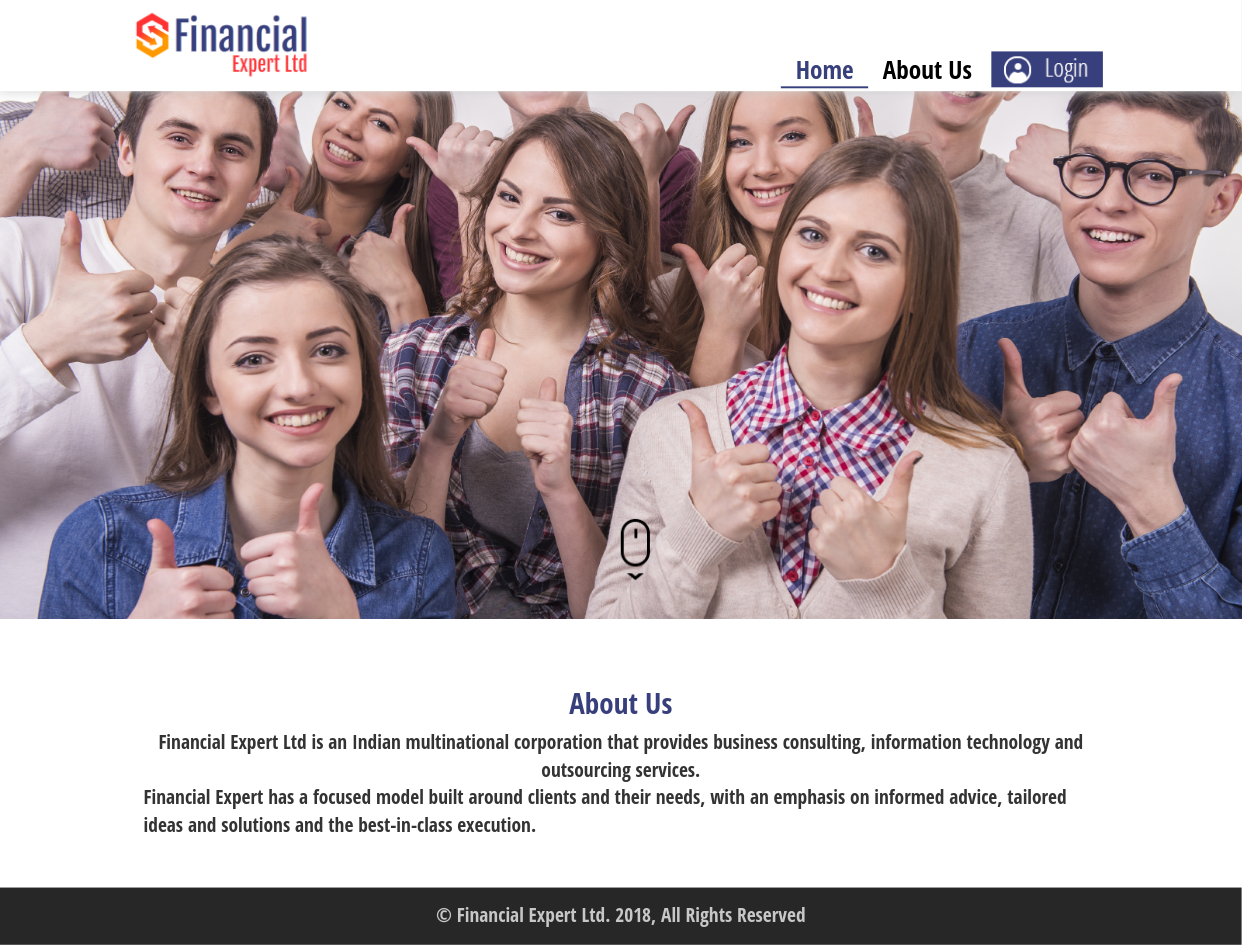
Repository: intkhabahmed/AcceleratedBootcampWebsites
Page: http://localhost/FinancialExpert/UI/index.jsp
These files come from the project's save history. The page is drawn as it stood at one moment and after a run of saves; the edit follows.
The browser window is 1280 px wide. The pictures show the whole page, at 97% of full size.
Some web fonts or font styles are not loaded; a fallback is used. The page is served by Tomcat 9. Nobody is signed in. The application's start-up code is not run. Other server files are loaded and not shown.

Above is the page before, as saved 2018-02-13 08:13:17.

### FinancialExpert/WebContent/UI/index.jsp
<%@ page language="java" contentType="text/html; charset=ISO-8859-1"
	pageEncoding="ISO-8859-1"%>
<%@taglib uri="http://java.sun.com/jsp/jstl/core" prefix="c"%>
<!DOCTYPE html>
<html>
<head>
<title>Financial Expert Ltd.</title>
<meta http-equiv="Content-Type" content="text/html; charset=ISO-8859-1">
<meta name="viewport" content="width=device-width, initial-scale=1.0">
<link rel="stylesheet" type="text/css" href="css/bootstrap.min.css">
<link rel="stylesheet" type="text/css" href="css/font-awesome.min.css">
<link rel="stylesheet" type="text/css" href="css/custom.css">
<link
	href='https://fonts.googleapis.com/css?family=Open Sans Condensed:300'
	rel='stylesheet'>
</head>
<body id="home">

	<jsp:include page="header.jsp"></jsp:include>


	<!-- <div class="row"> -->
	<div id="carousel-example-generic" class="carousel slide"
		data-ride="carousel">
		<!-- Indicators -->
		<img src="images/downarrow.png" alt="DownArrow" id="downarrow" />
		<!-- Wrapper for slides -->
		<div class="carousel-inner" role="listbox">
			<div class="item active">
				<img src="images/banner.png" alt="">
			</div>
		</div>

	</div>
	<!--end carousel-->

	<!-- </div> -->
	<div class="container">
		<hr>
		<div class="row">
			<div id="aboutus">
				<h2 align="center">About Us</h2>
				<p align="center">Financial Expert Ltd is an Indian
					multinational corporation that provides business consulting,
					information technology and outsourcing services.</p>
				<p>Financial Expert has a focused model built around clients and
					their needs, with an emphasis on informed advice, tailored ideas
					and solutions and the best-in-class execution.</p>
			</div>
			<!--end aboutus-->
		</div>
		<hr>
	</div>
	<!--end container-->
	<div id="footer">
		<footer>
			<p align="center">&copy; Financial Expert Ltd. 2018, All Rights
				Reserved</p>
		</footer>
	</div>
	<div class="overlay" title="click to close"></div>
	<div id="loginWindow">
		<h2 align="center">Login Form</h2>
		<form class="form-vertical" method="post" action="login.html"
			id="login_form">
			<div class="form-group">
				<input type="text" name="username" required="required"
					class="form-control" placeholder="Enter UserName" /> <input
					type="password" name="password" required="required"
					class="form-control" placeholder="Enter Password" />

			</div>
			<div class="form-group">
				<h4 id="forgotPass">
					<a href="#" class="pull-left">Forgot Password?</a>
				</h4>
				<input type="submit" name="login_btn" id="login_btn" value="Login"
					class="pull-right btn btn-default" />
			</div>
		</form>
	</div>
	<div id="queryWindow">
		<h2 align="center">Query Form</h2>
		<form class="form-vertical" method="post" action="askQuery.html"
			id="query_form">
			<div class="form-group">
				<label class="form-label" for="receiver">Choose Company</label> <br>
				<input type="radio" name="receiver" required="required"
					value="BeneesFradia" /> BeneesFradia &nbsp;&nbsp; <input
					type="radio" name="receiver" value="QuickgunHeadley" />
				QuickgunHeadley <br>
			</div>
			<div class="form-group">
				<textarea rows="4" class="form-control"
					placeholder="Enter the query" name="query"></textarea>
				<input type="submit" name="querySubmit_btn" id="querySubmit_btn"
					value="Send" class="form-control btn btn-default" />
			</div>
		</form>
	</div>

	<div id="uploadWindow">
		<h2 align="center">Upload Proposal</h2>
		<form class="form-vertical" method="post" action="#" id="upload_form"
			enctype="multipart/form-data">
			<div class="form-group">
				<label class="form-label" for="receiver">Choose Company</label> <br>
				<input type="radio" name="receiver" required="required"
					value="BeneesFradia" /> BeneesFradia &nbsp;&nbsp; <input
					type="radio" name="receiver" value="QuickgunHeadley" />
				QuickgunHeadley <br>
			</div>
			<div class="form-group">
				<input type="file" name="propsalFile" id="fileInput"
					required="required" class="pull-left" /> <input type="submit"
					name="propsalSubmit_btn" value="Upload"
					class="btn btn-default pull-right" id="proposalSubmit_btn" />
			</div>
		</form>
	</div>

	<script type="text/javascript" src="js/jquery-3.1.0.min.js"></script>
	<script type="text/javascript" src="js/bootstrap.min.js"></script>
	<script type="text/javascript" src="js/custom.js"></script>
	<c:if test="${errorMessage ne null}">
		<%-- 	<div class="alert alert-danger" role="alert" >"${errorMessage}"</div> --%>
		<script>
			alert("${errorMessage}");
			showLoginPage();
		</script>
	</c:if>
	<c:if test="${successMessage ne null}">
		<%-- 	<div class="alert alert-success" role="alert">"${successMessage}"</div> --%>
		<script>
			alert("${successMessage}");
			window.location = "index.html";
		</script>
	</c:if>
</body>
</html>

### FinancialExpert/WebContent/UI/header.jsp
<%@ page language="java" contentType="text/html; charset=ISO-8859-1"
    pageEncoding="ISO-8859-1"%>
<%@taglib uri="http://java.sun.com/jsp/jstl/core" prefix="c" %>
<nav class="navbar navbar-custom navbar-custom-fitting">
	  <div class="container">
	    <!-- Brand and toggle get grouped for better mobile display -->
	    <div class="navbar-header">
	      <button type="button" class="navbar-toggle collapsed" data-toggle="collapse" data-target="#bs-example-navbar-collapse-1" aria-expanded="false">
	        <span class="sr-only">Toggle navigation</span>
	        <span class="icon-bar"></span>
	        <span class="icon-bar"></span>
	        <span class="icon-bar"></span>
	      </button>
	      <a class="navbar-brand" href="index.html"><img src="images/team1logo.png" alt="Financial Expert"></a>
	    </div>

	    <!-- Collect the nav links, forms, and other content for toggling -->
	    <div class="collapse navbar-collapse" id="bs-example-navbar-collapse-1">
	      <ul class="nav navbar-nav navbar-right" id="main-nav">
	        <li class="active"><a href="#home">Home <span class="sr-only">(current)</span></a></li>
	        <li><a href="#aboutus">About Us</a></li>
	        <c:if test="${sessionScope.user.username eq null}">
	        <li id="login_button" onclick="showLoginPage()"><img src="images/loginbtn.png" class="img img-responsive"/></li>
	      	</c:if>
	      	<c:if test="${sessionScope.user.username ne null}">
	      	<li id="uploadForm"><a href="#">Upload Proposal</a></li>
	      	<li id="raiseQuery_btn"><a href="#">Support</a></li>
	        <li class="dropdown">
	          <a href="#" class="dropdown-toggle" data-toggle="dropdown" role="button" aria-haspopup="true" aria-expanded="false">${sessionScope.user.teamName } <span class="fa fa-angle-down"></span></a>
	          <ul class="dropdown-menu">
	            <li><a href="showProfile.html">Dashboard</a></li>
	            <li><a href="logout.html">Logout</a></li>
	          </ul>
	        </li>
	        </c:if>
	      </ul>
	    </div><!-- /.navbar-collapse -->
	  </div><!-- /.container-fluid -->
	</nav>

### FinancialExpert/WebContent/css/custom.css
/****************************Common CSS**************************/

.padding-10x{
	padding: 10px;
}
.padding-5x{
	padding: 5px;
}
.padding-20x{
	padding: 20px;
}

.center{
	display: block;
	margin: 0 auto;
}
.no-margin {
	margin: 0;
}
.error {
	color: red;
}
.success {
	color: #5cb85c;
}
#errorBlock{
	position: absolute;
	top: 15%;
	width: 100%;
}
body {
	font-family: Open Sans Condensed !important;
	font-size: 20px !important;
}
.dropdown-menu {
	font-size: 18px;
    background-color: #000;
    opacity: 0.7;
    border: 1px solid #ccc;
    border: 1px solid rgba(0,0,0,.15);
    border-radius: 0px;
    top: 110%;
}
.dropdown-menu li a{
	color: #ffffff;
}
.dropdown-menu li a:hover {
	color: #8080ff;
	background: #000000;
	opacity: 1;
}
.dropdown> a{
	max-height: 36px;
}

input, button, .form-control, .btn {
	border-radius: 0px !important;
}

input[type=submit]:hover, .btn:hover {
	color: #333333;
}
p {
    margin: 0 10px;
}
/***********************Index Page*********************************/
hr {
	border-top: none;
}
#home {
	padding-top: 94px;
}
#formContainer {
	border-radius: 15px;
	padding: 10px;
	z-index: 1;
}

#login_btn_cover {
	padding: 3px;
}

#homeBannerImage{
	min-height: 370px;
	z-index: 1;
}

@media screen and (min-width: 991px){
	.navbar-custom-fitting {
		width: 100%;
	}
	.container {
		max-width: 1024px;
	}

	.navbar-brand {
		padding: 10px !important;
		height: auto;
	}
	#main-nav {
		margin-top: 39px;
		height: 53px;
		padding-top: 13px;
	}
	nav> .container {
		height: auto;
	}

	.carousel {
		width: 100%;

	}
	.carousel-inner>.item>img {
		width: 100%;
	}
	#loginWindow {
		width: 30vw;
		left: 35vw;
	}
	#uploadWindow {
		width: 40vw;
		left: 30vw;
	}
	#queryWindow {
		width: 30vw;
		left: 35vw;
	}
	#confirmWindow {
		width: 30vw;
		left: 35vw;
	}
}

@media screen and (min-width: 768px) and (max-width: 990px){
	#main-nav {
		height: 40px;
		padding-top: 23px;
		margin-top: 30px;
	}

	.navbar-custom-fitting {
		width: 100%;
	}
	.navbar-brand {
		padding: 10px !important;
    	height: auto;
	}
	#login_button {
		margin-bottom: 2px;
	}
	nav> .container {
		height: 92px;
	}
	.carousel {
		width: 100%;
		height: 60vh;
	}
	.carousel-inner>.item>img {
		width: 100%;
		height: 60vh;
	}
	.container {
		max-width: 100%;
		width: 100%;
	}
	#loginWindow {
		width: 40vw;
		left: 35vw;
	}
	#uploadWindow {
		left: 30vw;
		width: 40vw;
	}
	#queryWindow {
		width: 40vw;
		left: 35vw;
	}
	#confirmWindow {
		width: 30vw;
		left: 35vw;
	}
}

@media screen and (max-width: 767px){
	nav> .container {
		padding: 2px;
		width: 100%;
		height: auto;
	}

	.navbar-custom-fitting {
		width: 100%;
	}
	.navbar-brand {
		padding: 0px 25px !important;
	}
	.navbar-header {
		height: 90px;
	}
	#main-nav {
		margin-top: 39px;
		background-color: #ffffff;
   	 	padding: 15px;

	}
	#login_button {
		margin: 5px 15px;
	}
	.carousel {
		width: 100%;
		height: 50vh;
		margin: 0 auto;
	}
	.carousel-inner>.item>img {
		width: 100%;
		height: 50vh;
	}
	.container {
		max-width: 100%;
		width: 100%;
	}
	#loginWindow, #uploadWindow, #queryQindow, #confirmWindow {
		width: 100%;
	}
	#shortcut_links .col-sm-4 img {
		display: block;
		margin: 0 auto;
		width: 100%;
	}
	.navbar-toggle {
		margin-top: 30px;
    	margin-right: 45px;
	}
}
.navbar-nav {
	font-size: 26px !important;
}
#login_button {
	cursor: pointer;
	margin-left: 5px;
}
.navbar-nav> .active a {
	border-bottom: 2px solid #373f7c ;
	color: #373f7c !important;
	background-color: transparent !important;
}

.navbar {
	border-radius: 0px;
}

.navbar-custom {
	background: #FFFFFF;
}

.navbar-nav a {
	transition: all 0.5s ease-in-out;
}

.contact-form-fields input {
	margin: 3px 0;
}

.navbar-nav a{
	color: #000000;
}

.navbar-custom-fitting {
	position: fixed;
	top: 0;
	z-index: 1030;
	box-shadow: -1px 1px 11px 0px #d2d2d2;
}

.navbar-nav>li>a {
	padding: 8px 15px !important;
}

/***********************UserProfile Page*********************************/
.navbar-toggle>.icon-bar {
	background-color: #000000;
}
.navbar-toggle {
	border-color: #000000;
}
.navbar-toggle:hover {
	border-color: #333333;
	background-color: #eeeeee;
}

/***********************Footer******************************************/
#footer {
	background: #282727;
	color: #c7c7c7;
	width: 100%;
	padding: 15px;
}

#footerSpace{
	margin-top: 65px;
}

/***********************Error Page*********************************/
#errorBlock{
	position: absolute;
	top: 15%;
	width: 100%;
}

/***********************Login Modal View*********************************/
.overlay {
	position: fixed;
	top: 0;
	left: 0;
	width: 100%;
	opacity: 0.7;
	min-height: 100%;
	display: none;
	background-color: #000000;
	z-index: 1031;
	cursor: pointer;
}
#loginWindow, #uploadWindow, #queryWindow, #confirmWindow {
	position: fixed;
	top: 25vh;
	z-index: 1032;
	opacity: 1;
	display: none;
	color: #ffffff;
	background-color: #373f7c;
	padding: 10px;
}
#loginWindow a {
	color: #eeeeee;
}

#login_form input, #upload_form input, #query_form input{
	margin: 10px 0;

}

textarea {
    resize: none;
}

#left-control-button, #right-control-button {
	padding-bottom: 5px;
	background-color: #ffffff;
	color: #000000;
}

#aboutus {
	padding: 10px;

}
#aboutus h2 {
	color: #373f7c;
}
.carousel-control {
	top: 50%;
}
.carousel-control.left, .carousel-control.right {
	background-image: none;
}

#downarrow {
	position: absolute;
	bottom: 40px;
	left: 50%;
	z-index: 1;
}


#profile_logo_container {
	box-shadow: 0px 1px 11px 0px #d2d2d2;
	padding: 5px;
	width: 100%;
}
#login_btn, #querySubmit_btn, #proposalSubmit_btn, #deleteQuery_btn, #cancel_btn {
	background: #ffffff !important;
}
#login_btn:hover, #querySubmit_btn:hover, #proposalSubmit_btn:hover, #deleteQuery_btn:hover, #cancel_btn:hover {
	color: #373f7c;
}
input[type=submit], .btn {
	font-size: 26px;
	padding-top: 0px;
	border: 0px;
	background: #373f7c;
}
input[type=submit]:active, .btn:active {
	background: #373f7c !important;
}
input[type=submit]:hover, .btn:hover {
	background: #373f7c;
	color: #eeeeee;
}

### FinancialExpert/WebContent/js/custom.js
$(function(){
	$("nav a").click(function(){
		$('html, body').animate({
        scrollTop: $(this.hash).offset().top
    }, 1500);
    return false;
	});

	$("nav a").click(function(){
		$("nav li").removeClass("active");
		$(this).parent().addClass("active");
	});


	$(".overlay").on('click', function(){
		$(this).fadeOut();
		$("#loginWindow").fadeOut();
		$("#uploadWindow").fadeOut();
		$("#queryWindow").fadeOut();
		$("#confirmWindow").fadeOut();
	});

	$("#uploadForm, #uploadForm_shortcut").on('click', function(){
		$(".overlay").fadeIn();
		$("#uploadWindow").fadeIn();
		return false;
	});

	$("#raiseQuery_btn").on('click', function(){
		$(".overlay").fadeIn();
		$("#queryWindow").fadeIn();
	});

	$(".carousel-control.left").mouseenter(function(){
		$("#left-indicator img").attr("src", "images/leftarrow_ro.png");
	});
	$(".carousel-control.right").mouseenter(function(){
		$("#right-indicator img").attr("src", "images/rightarrow_ro.png");
	});

	$(".carousel-control.left").mouseleave(function(){
		$("#left-indicator img").attr("src", "images/leftarrow.png");
	});
	$(".carousel-control.right").mouseleave(function(){
		$("#right-indicator img").attr("src", "images/rightarrow.png");
	});

	$("#proposalSubmit_btn").bind('click', function(){
		var input = document.getElementById("fileInput");
		if(input.files[0].size >= 10485760){
			alert("File size should be less than 10MB");
			return false;
		}else{
			$("#upload_form").attr("action", "uploadFile.html");
			return true;
		}
	});

	$("#login_button img").mouseenter(function(){
		$(this).attr("src", "images/loginbtn_over.png");
	});
	$("#login_button img").mouseleave(function(){
		$(this).attr("src", "images/loginbtn.png");
	});

	$("#forgotPass").click(function(){
		alert("Please Contact Support Team");
	});

	$("#delete_btn").click(function(){
		$(".overlay").fadeIn();
		$("#confirmWindow").fadeIn();
	});

	$("#cancel_btn").click(function(){
		$(".overlay").fadeOut();
		$("#confirmWindow").fadeOut();
	});

});
function showLoginPage(){
	$(".overlay").fadeIn();
	$("#loginWindow").fadeIn();
}
function showAlert(value){
	alert(value.text());
}

Loaded but not shown: FinancialExpert/WebContent/css/bootstrap.min.css (library); FinancialExpert/WebContent/css/font-awesome.min.css (library); FinancialExpert/WebContent/js/jquery-3.1.0.min.js (library); FinancialExpert/WebContent/js/bootstrap.min.js (library)

After the next 2 saves:
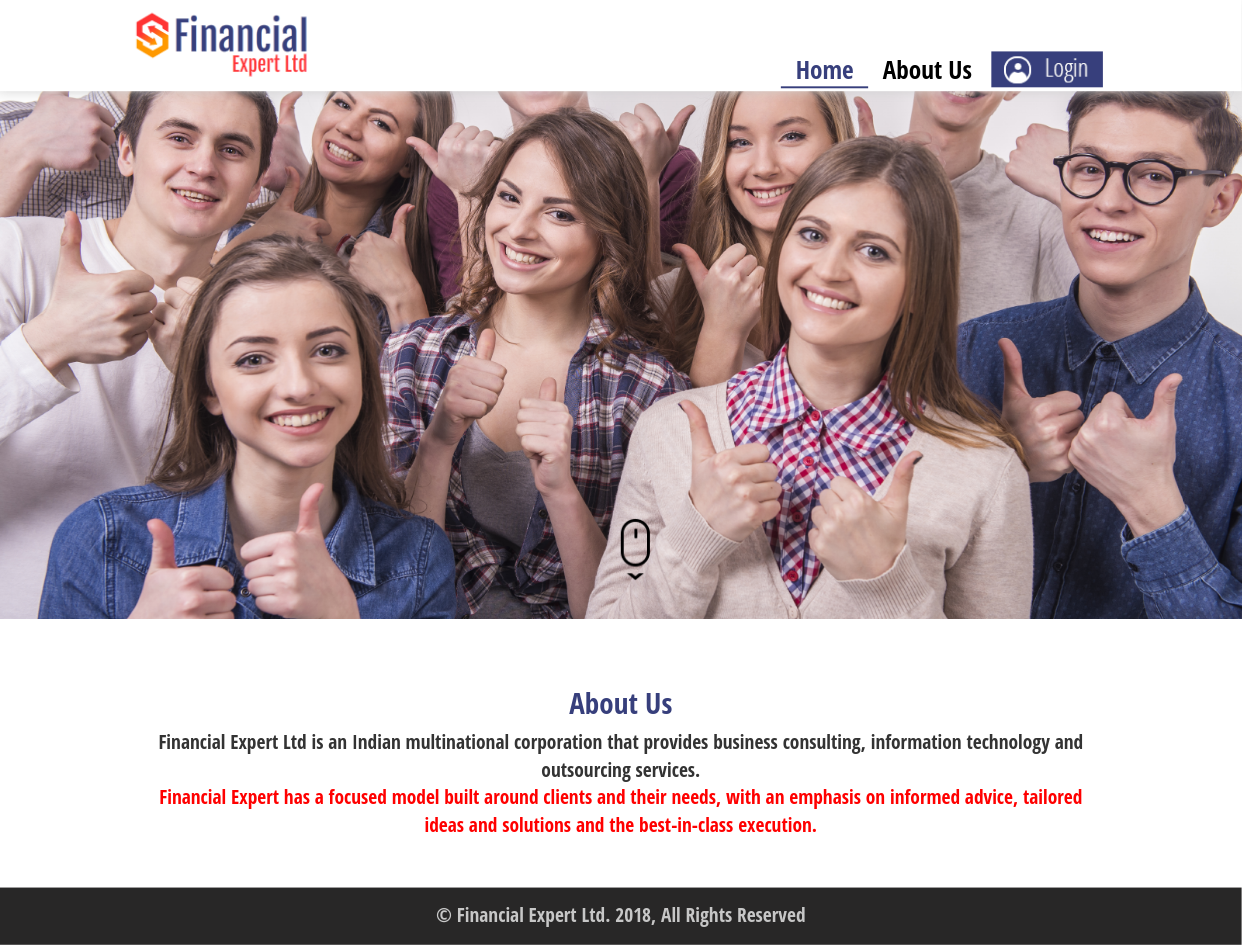
The 2 saves are shown as one change because they came seconds apart.
The last was saved 10 s later.
--- a/FinancialExpert/WebContent/UI/index.jsp
+++ b/FinancialExpert/WebContent/UI/index.jsp
@@ -43,7 +43,7 @@
 				<p align="center">Financial Expert Ltd is an Indian
 					multinational corporation that provides business consulting,
 					information technology and outsourcing services.</p>
-				<p>Financial Expert has a focused model built around clients and
+				<p align="center" class="error">Financial Expert has a focused model built around clients and
 					their needs, with an emphasis on informed advice, tailored ideas
 					and solutions and the best-in-class execution.</p>
 			</div>
